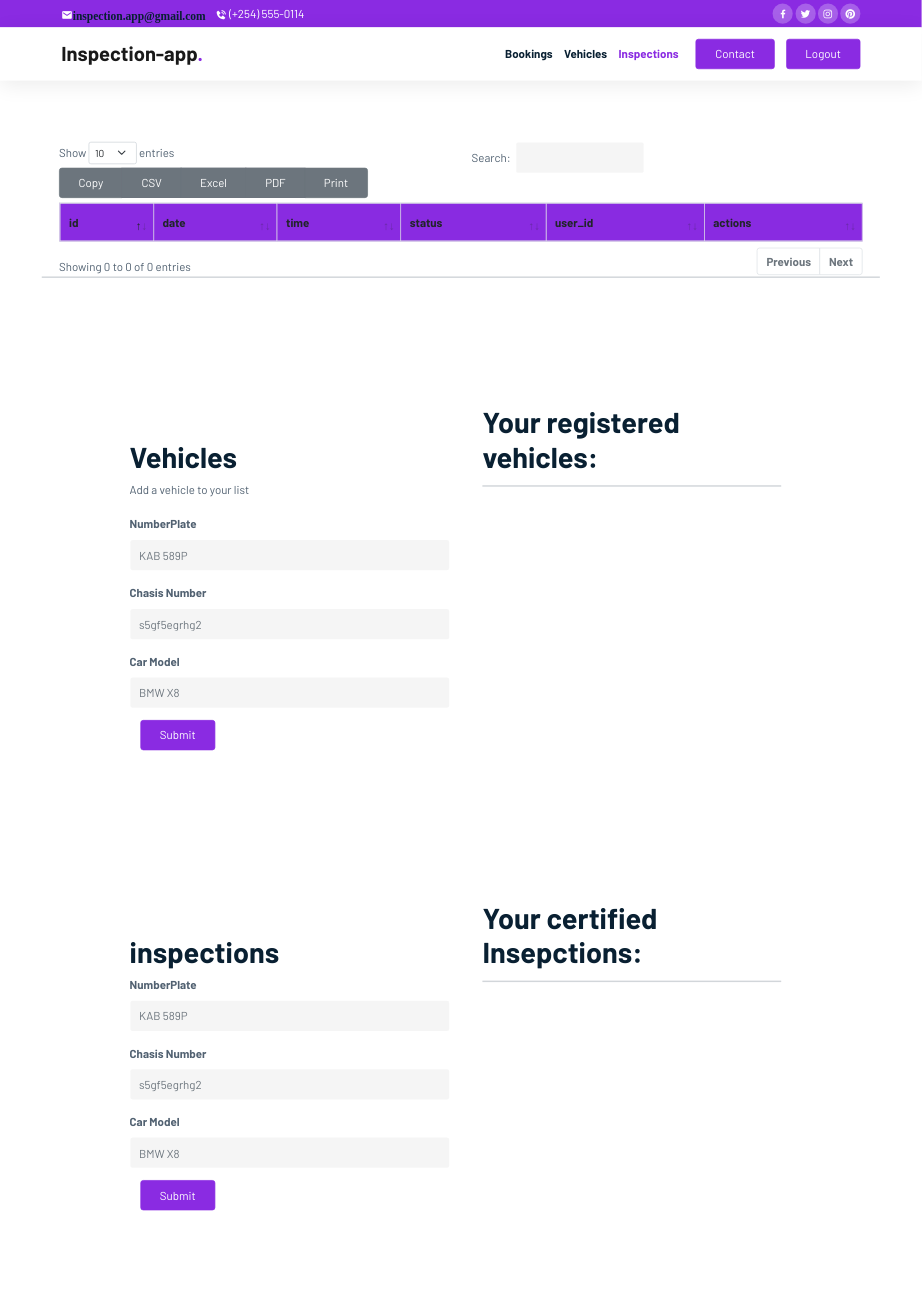
Repository: Jaynie8085/INSPECTION-APP
Page: client/admnDashboard.html
These files come from the project's save history. The page is drawn as it stood at one moment and after the next save; the edit follows.
The browser window is 1280 px wide. The pictures show the whole page, at 72% of full size.
The page's requests for data from a server got no answer.

Above is the page before, as saved 2022-10-17 06:17:26.
Console error: ReferenceError: fetchBookings is not defined

### client/admnDashboard.html
<!DOCTYPE html>
<html lang="en">

<head>
    <meta charset="UTF-8">
    <meta http-equiv="X-UA-Compatible" content="IE=edge">
    <meta name="viewport" content="width=device-width, initial-scale=1.0">
    <script src="/js/axios/dist/axios.min.js"></script>
    <script src="main.js"></script>
    <!-- Bootstrap CSS -->
    <link rel="stylesheet" href="css/bootstrap.min.css">
    <link rel="stylesheet" href="css/owl.carousel.min.css">
    <link rel="stylesheet" href="css/owl.theme.default.min.css">
    <link href='https://unpkg.com/boxicons@2.1.1/css/boxicons.min.css' rel='stylesheet'>
    <link rel="stylesheet" href="https://stackpath.bootstrapcdn.com/bootstrap/4.1.3/css/bootstrap.min.css"
        integrity="sha384-MCw98/SFnGE8fJT3GXwEOngsV7Zt27NXFoaoApmYm81iuXoPkFOJwJ8ERdknLPMO" crossorigin="anonymous">
    <link rel="stylesheet" href="css/style.css">
    <link rel="stylesheet" href="assets/css/datatables.min.css">
    <!-- <link rel="stylesheet" href="assets/css/style.css"> -->
    <title>userDashboard</title>
</head>

<body>

    <body data-bs-spy="scroll" data-bs-target=".navbar" data-bs-offset="70">


        <!-- TOP NAV -->
        <div class="top-nav" id="home">
            <div class="container">
                <div class="row justify-content-between">
                    <div class="col-auto">
                        <p> <i class='bx bxs-envelope'><a href="admnDashboard.html">inspection.app@gmail.com</p></a></i>
                        <p> <i class='bx bxs-phone-call'></i> (+254) 555-0114</p>
                    </div>
                    <div class="col-auto social-icons">
                        <a href="#"><i class='bx bxl-facebook'></i></a>
                        <a href="#"><i class='bx bxl-twitter'></i></a>
                        <a href="#"><i class='bx bxl-instagram'></i></a>
                        <a href="#"><i class='bx bxl-pinterest'></i></a>
                    </div>
                </div>
            </div>
        </div>

        <!-- BOTTOM NAV -->
        <nav class="navbar navbar-expand-lg navbar-light bg-white sticky-top">
            <div class="container">
                <a class="navbar-brand" href="admnDashboard.html">Inspection-app<span class="dot">.</span></a>
                <button class="navbar-toggler" type="button" data-bs-toggle="collapse" data-bs-target="#navbarNav"
                    aria-controls="navbarNav" aria-expanded="false" aria-label="Toggle navigation">
                    <span class="navbar-toggler-icon"></span>
                </button>
                <div class="collapse navbar-collapse" id="navbarNav">
                    <ul class="navbar-nav ms-auto">
                        <li class="nav-item">
                            <a class="nav-link" href="#home">Bookings</a>
                        </li>
                        <li class="nav-item">
                            <a class="nav-link" href="#vehicles">Vehicles</a>
                        </li>
                        <li class="nav-item">
                            <a class="nav-link" href="#inspections">Inspections</a>
                        </li>
                        </li>
                    </ul>
                    <a href="#" data-bs-toggle="modal" data-bs-target="#exampleModal"
                        class="btn btn-brand ms-lg-3">Contact</a>
                    <!-- Logout -->
                    <a href="index.html" class="btn btn-brand ms-lg-3">Logout</a>
                </div>

            </div>
        </nav>
        <!-- Bookings -->
        <section id="profile">
            <div class="container">
                <div class="row justify-content-center">
                    <table id="example" class="table table-striped table-bordered">
                        <thead class="" style="background-color:rgb(137,43,225)">
                            <tr>
                                <th>id</th>
                                <th>date</th>
                                <th>time</th>
                                <th>status</th>
                                <th>user_id</th>
                                <th>actions</th>
                            </tr>
                        </thead>
                        <tbody editable="true" id="mwili">
                            <!-- Add tbody here | DOM Manupilation -->
                        </tbody>
                    </table>
                    <!-- <div id="data-table" class="col-lg-5">
                        <ul id="bookings-list">
                        </ul>
                    </div> -->
                    <hr>
                </div>
            </div>
        </section>

        <!-- vehicles -->
        <section id="vehicles">
            <div class="container">
                <div class="row justify-content-center">
                    <div id="customer-frm" class="col-lg-5 py-5">
                        <form>
                            <h1>Vehicles</h1>
                            <p>Add a vehicle to your list</p>
                            <div class="form-group">
                                <label for="numberplate" class="form-label">NumberPlate</label>
                                <input type="text" class="form-control" placeholder="KAB 589P" id="numberplate"
                                    aria-describedby="emailHelp">
                            </div>
                            <div class="form-group">
                                <label for="chasisnumber" class="form-label">Chasis Number </label>
                                <input type="text" class="form-control" placeholder="s5gf5egrhg2" id="chasisnumber"
                                    aria-describedby="emailHelp">
                            </div>
                            <div class="form-group">
                                <label for="model" class="form-label">Car Model</label>
                                <input type="model" class="form-control" placeholder="BMW X8" id="model"
                                    aria-describedby="emailHelp">
                            </div>

                            <div class="col-12">
                                <button type="submit" class="btn btn-brand" onclick="vehicles();">Submit</button>
                            </div>
                        </form>
                    </div>
                    <div class="col-lg-5">
                        <div class="container center">
                            <h1>Your registered vehicles:</h1>
                            <div>
                                <ul id="quote-list">
                                </ul>
                            </div>
                            <hr>
                        </div>
                    </div>
                </div>
            </div>
            </div>
        </section>

        <!-- inspections -->
        <section id="inspections">
            <div class="container">
                <div class="row justify-content-center">
                    <div id="customer-frm" class="col-lg-5 py-5">
                        <form>
                            <h1>inspections</h1>
                            <!-- <p>Add a vehicle to your list</p> -->
                            <div class="form-group">
                                <label for="numberplate" class="form-label">NumberPlate</label>
                                <input type="text" class="form-control" placeholder="KAB 589P" id="numberplate"
                                    aria-describedby="emailHelp">
                            </div>
                            <div class="form-group">
                                <label for="chasisnumber" class="form-label">Chasis Number </label>
                                <input type="text" class="form-control" placeholder="s5gf5egrhg2" id="chasisnumber"
                                    aria-describedby="emailHelp">
                            </div>
                            <div class="form-group">
                                <label for="model" class="form-label">Car Model</label>
                                <input type="model" class="form-control" placeholder="BMW X8" id="model"
                                    aria-describedby="emailHelp">
                            </div>
                            <!-- <div class="col-12">
                        <label for="exampleInputEmail1" class="form-label">Enter General Description</label>
                        <textarea name="" placeholder="Type in your cars general description." class="form-contid=""  rows="4"></textarea>
                    </div> -->

                            <div class="col-12">
                                <button type="submit" class="btn btn-brand" onclick="vehicles();">Submit</button>
                            </div>
                        </form>
                    </div>
                    <div class="col-lg-5">
                        <div class="container center">
                            <h1>Your certified Insepctions:</h1>
                            <div>
                                <ul id="quote-list">
                                </ul>
                            </div>
                            <hr>
                        </div>
                    </div>
                </div>
            </div>
            </div>
        </section>

        <!-- Modal -->
        <div class="modal fade" id="exampleModal" tabindex="-1" aria-labelledby="exampleModalLabel" aria-hidden="true">
            <div class="modal-dialog modal-dialog-centered modal-xl">
                <div class="modal-content">
                    <div class="modal-body p-0">
                        <div class="container-fluid">
                            <div class="row gy-4">
                                <div class="col-lg-4 col-sm-12 bg-cover"
                                    style="background-image: url(img/isco.jpg); min-height:300px;">
                                    <div>

                                    </div>
                                </div>
                                <div class="col-lg-8">
                                    <form class="p-lg-5 col-12 row g-3">
                                        <div>
                                            <h1>Get in touch</h1>
                                            <p>Feel free to contact us and we will get back to you as soon as possible
                                            </p>
                                        </div>
                                        <div class="col-lg-6">
                                            <label for="userName" class="form-label">First name</label>
                                            <input type="text" class="form-control" placeholder="John" id="userName"
                                                aria-describedby="emailHelp">
                                        </div>
                                        <div class="col-lg-6">
                                            <label for="userName" class="form-label">Last name</label>
                                            <input type="text" class="form-control" placeholder="kamau" id="userName"
                                                aria-describedby="emailHelp">
                                        </div>
                                        <div class="col-12">
                                            <label for="userName" class="form-label">Email address</label>
                                            <input type="email" class="form-control" placeholder="Johnkamaa@gmail.com"
                                                id="userName" aria-describedby="emailHelp">
                                        </div>
                                        <div class="col-12">
                                            <label for="exampleInputEmail1" class="form-label">Enter Message</label>
                                            <textarea name=""
                                                placeholder="Yes,how can we help you,Type your message here."
                                                class="form-control" id="" rows="4"></textarea>
                                        </div>

                                        <div class="col-12">
                                            <button type="submit" class="btn btn-brand">Send Message</button>
                                        </div>
                                    </form>
                                </div>
                            </div>
                        </div>
                    </div>

                </div>
            </div>
        </div>


        <div class="modal fade" id="exampleModal" tabindex="-1" aria-labelledby="exampleModalLabel" aria-hidden="true">
            <div class="modal-dialog modal-dialog-centered modal-xl">
                <div class="modal-content">
                    <div class="modal-body p-0">
                        <div class="container-fluid">
                            <div class="row gy-4">
                                <div class="col-lg-4 col-sm-12 bg-cover"
                                    style="background-image: url(img/c2.jpg); min-height:300px;">
                                    <div>

                                    </div>
                                </div>
                                <div class="col-lg-8">
                                    <form class="p-lg-5 col-12 row g-3">
                                        <div>
                                            <h1>Get in touch with us</h1>
                                            <p>Feel free to contact us and we will get back to you as soon as possible
                                            </p>
                                        </div>
                                        <div class="col-lg-6">
                                            <label for="userName" class="form-label">First name</label>
                                            <input type="text" class="form-control" placeholder="John" id="userName"
                                                aria-describedby="emailHelp">
                                        </div>
                                        <div class="col-lg-6">
                                            <label for="userName" class="form-label">Last name</label>
                                            <input type="text" class="form-control" placeholder="kamau" id="userName"
                                                aria-describedby="emailHelp">
                                        </div>
                                        <div class="col-12">
                                            <label for="userName" class="form-label">Email address</label>
                                            <input type="email" class="form-control" placeholder="Johnkamaa@gmail.com"
                                                id="userName" aria-describedby="emailHelp">
                                        </div>
                                        <div class="col-12">
                                            <label for="exampleInputEmail1" class="form-label">Enter Message</label>
                                            <textarea name=""
                                                placeholder="Yes,how can we help you,Type your message here,,,"
                                                class="form-control" id="" rows="4"></textarea>
                                        </div>

                                        <div class="col-12">
                                            <button type="submit" class="btn btn-brand">Send Message</button>
                                        </div>
                                    </form>
                                </div>
                            </div>
                        </div>
                    </div>

                </div>
            </div>
        </div>

    <script src="assets/js/bootstrap.bundle.min.js"></script>
    <script src="assets/js/jquery-3.6.0.min.js"></script>
    <script src="assets/js/datatables.min.js"></script>
    <script src="assets/js/pdfmake.min.js"></script>
    <script src="assets/js/vfs_fonts.js"></script>
    <script src="assets/js/custom.js"></script>
        <script src="js/owl.carousel.min.js"></script>


        <script src="js/app.js"></script>
        <script src="index.js"></script>


    </body>

</html>

Loaded but not shown: client/js/axios/dist/axios.min.js (library); client/css/bootstrap.min.css (library); client/css/owl.carousel.min.css (library); client/css/owl.theme.default.min.css (common file); client/assets/css/datatables.min.css (library); client/assets/js/bootstrap.bundle.min.js (library); client/assets/js/jquery-3.6.0.min.js (library); client/assets/js/datatables.min.js (library); client/assets/js/pdfmake.min.js (library); client/assets/js/vfs_fonts.js (library); client/js/owl.carousel.min.js (library); client/index.js (193 lines, source omitted); client/main.js (172 lines, source omitted); client/assets/js/custom.js (57 lines, source omitted); client/js/app.js (34 lines, source omitted); client/css/style.css (545 lines, source omitted)

After the next save:
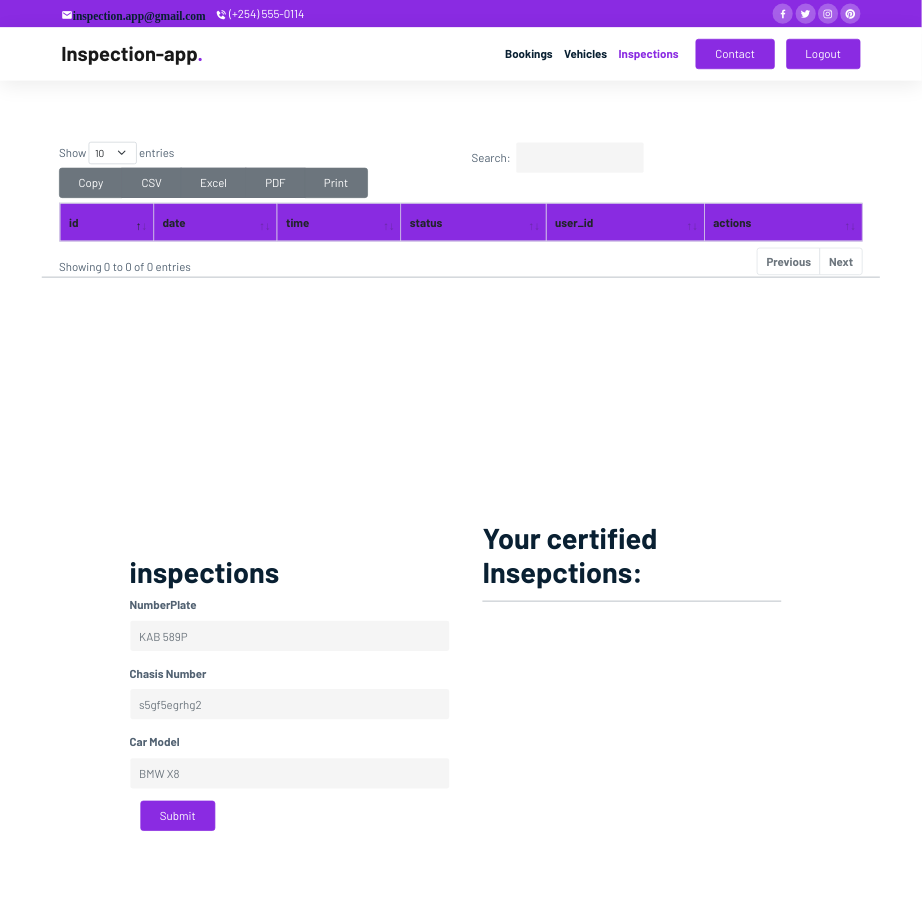
Saved 3 min 28 s later.
--- a/client/admnDashboard.html
+++ b/client/admnDashboard.html
@@ -104,41 +104,7 @@
         <section id="vehicles">
             <div class="container">
                 <div class="row justify-content-center">
-                    <div id="customer-frm" class="col-lg-5 py-5">
-                        <form>
-                            <h1>Vehicles</h1>
-                            <p>Add a vehicle to your list</p>
-                            <div class="form-group">
-                                <label for="numberplate" class="form-label">NumberPlate</label>
-                                <input type="text" class="form-control" placeholder="KAB 589P" id="numberplate"
-                                    aria-describedby="emailHelp">
-                            </div>
-                            <div class="form-group">
-                                <label for="chasisnumber" class="form-label">Chasis Number </label>
-                                <input type="text" class="form-control" placeholder="s5gf5egrhg2" id="chasisnumber"
-                                    aria-describedby="emailHelp">
-                            </div>
-                            <div class="form-group">
-                                <label for="model" class="form-label">Car Model</label>
-                                <input type="model" class="form-control" placeholder="BMW X8" id="model"
-                                    aria-describedby="emailHelp">
-                            </div>
-
-                            <div class="col-12">
-                                <button type="submit" class="btn btn-brand" onclick="vehicles();">Submit</button>
-                            </div>
-                        </form>
-                    </div>
-                    <div class="col-lg-5">
-                        <div class="container center">
-                            <h1>Your registered vehicles:</h1>
-                            <div>
-                                <ul id="quote-list">
-                                </ul>
-                            </div>
-                            <hr>
-                        </div>
-                    </div>
+
                 </div>
             </div>
             </div>
